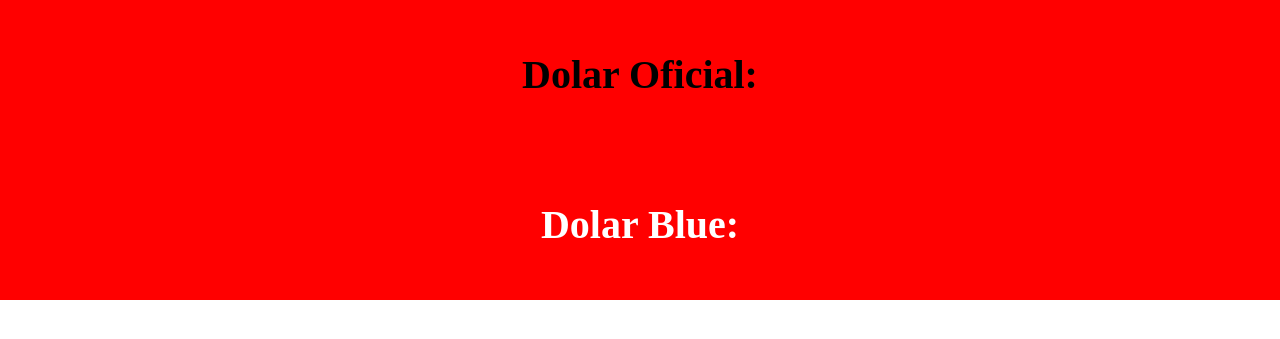
Repository: matias4633/Bill-Metal
Page: BillMetal/widget/BillMetal/index.html
The author's editor kept a copy of each file at every save. The page is drawn from the files as they stood at one save, then again after the next save.
The browser window is 1280 px wide. The pictures show the whole page.
The page's requests for data from a server got no answer.

Above is the page before, as saved 2022-07-15 02:13:32.
Console error (its wording comes from the project's code and is left out).

After the next save:
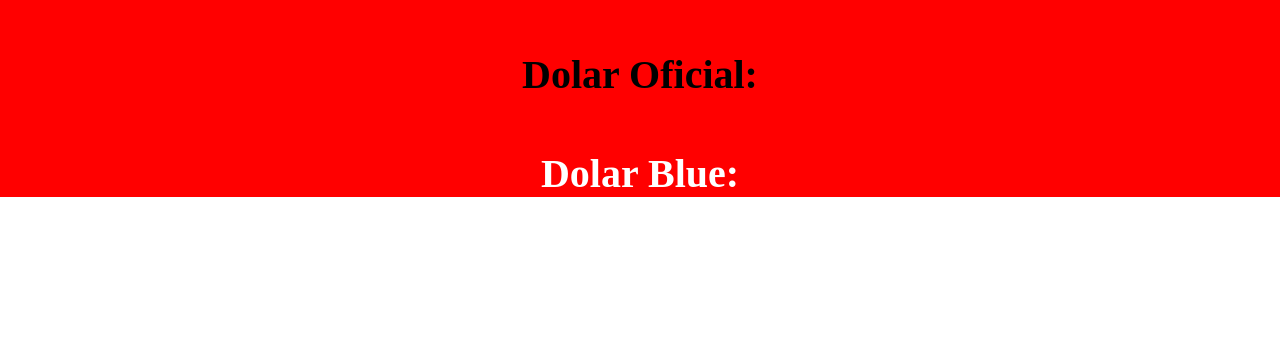
Saved 119 s later.
--- a/BillMetal/widget/BillMetal/css/style.css
+++ b/BillMetal/widget/BillMetal/css/style.css
@@ -37,7 +37,7 @@ p {
 #texto-blue {
     font-weight: bold;
     font-size: 40px;
-    line-height: 150px;
+
     margin: 0;
     text-align: center;
     background: red
